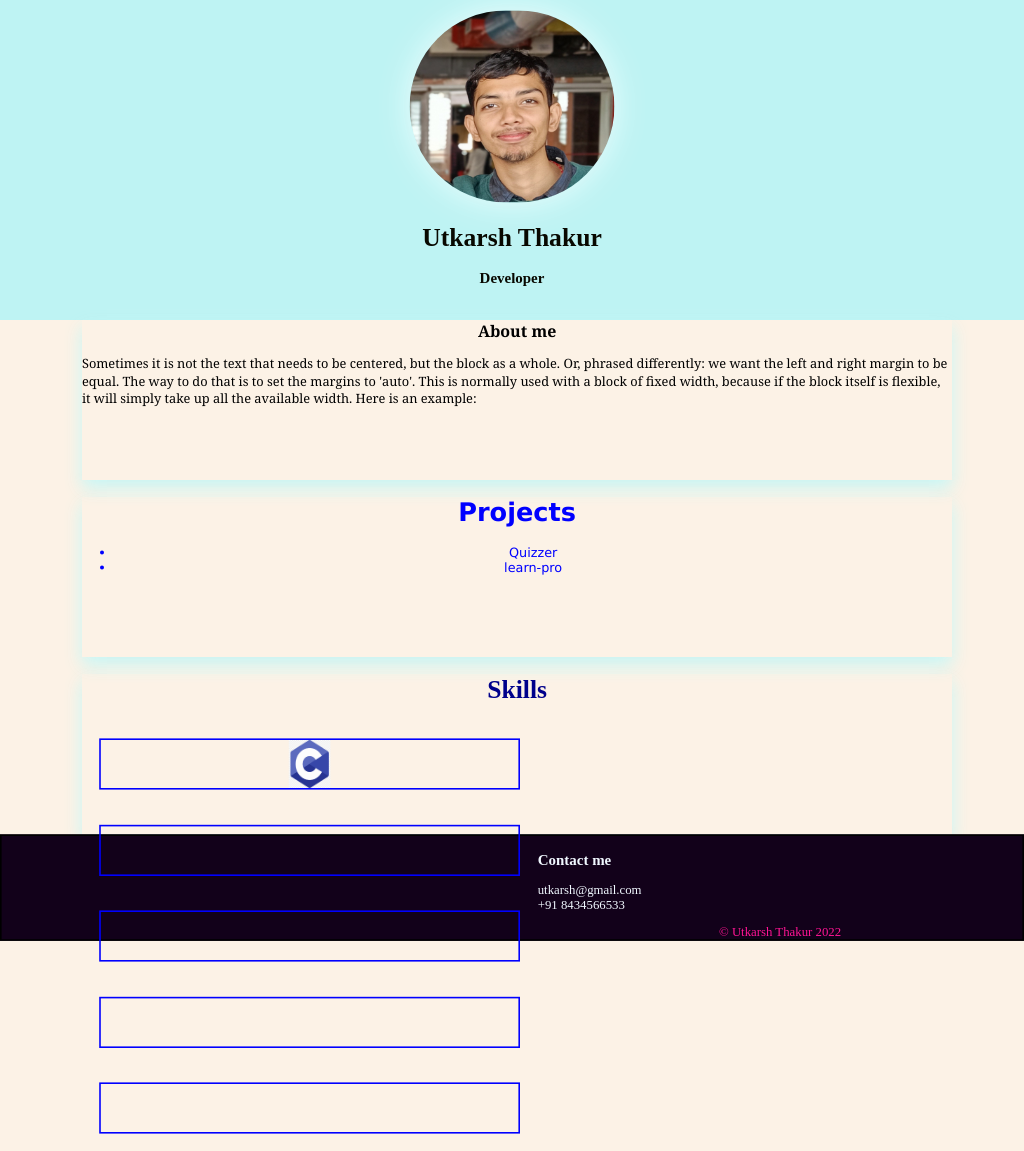
Repository: UtkarshThakur321/Utkarsh-Thakur-Profile
Page: index.html
The author's editor kept a copy of each file at every save. The page is drawn from the files as they stood at one save, then again after the next save.
The browser window is 1280 px wide. The pictures show the whole page, at 80% of full size.

Above is the page before, as saved 2022-01-23 00:05:07.
Not found: main.js

### index.html
<!DOCTYPE html>
<html>
<head>
    <meta charset='utf-8'>
    <meta http-equiv='X-UA-Compatible' content='IE=edge'>
    <title>Page Title</title>
    <meta name='viewport' content='width=device-width, initial-scale=1'>
    <link rel='stylesheet' type='text/css' media='screen' href="index.css">
    <script src='main.js'></script>
</head>
<body>
    <div id="main">
    <!-- <div id="nav">
        <h1>My Resume</h1>
    </div> -->
    <center>
        <div id="intro">
            <div id="profileImage">
                 <img src="./Utkarsh_dp.jpg" alt="DP_Utkarsh__Thakur"
                 width="180" height="170">
            </div>
            <div id="profileName">
                <h1>Utkarsh Thakur</h1>
                <h3>Developer</h3>
            </div>

            <div>


             </div>
        </div>
    </center>



  <div id="aboutMe">
    <div id="aboutMeHeading">
        About me
    </div>
    <div id="aboutMeContent">
        <p>
            Sometimes it is not the text that needs to be centered, but the block as a whole. Or, phrased differently: we want the left and right margin to be equal. The way to do that is to set the margins to 'auto'. This is normally used with a block of fixed width, because if the block itself is flexible, it will simply take up all the available width. Here is an example:
        </p>
    </div>
  </div>



<div id="projects">
    <h1>Projects</h1>
    <ul>
        <li>Quizzer</li>
        <li>learn-pro</li>
    </ul>
</div>



    <div id="skills">
        <h1>Skills</h1>
        <div class="skillsContent">
            <img src="c_programming.png" alt="c_programming">
        </div>
        <div class="skillsContent">

        </div>
        <div class="skillsContent">

        </div>
        <div class="skillsContent">

        </div>
        <div class="skillsContent">

        </div>

    </div>

    <div id="footer">
        <div id="footerContent">
            <h3>Contact me</h3>
        <p>
            utkarsh@gmail.com<br>
            +91 8434566533

        </p>
            <div id="copyright">
         &copy; Utkarsh Thakur 2022
            </div>
        </div>
        </div>

    </div>



</body>
</html>

### index.css
body{
    width:100%;
    margin:0px;
    background-color: rgb(252, 242, 230);

}


#intro{
    /* background-image:url("./bg.jpg"); */
    background-color: rgb(190, 243, 243);
    height: 400px;
}


#profileImage>img{
    margin-top: 1%;
    height:240px;
    width:20%;
    border-radius: 130px;
    box-shadow: 0px 0px 40px rgb(235, 253, 253);
}
#profileName{
    color:rgb(8, 8, 0);
    font-family: cursive;
}

#aboutMe{
    width:85%;
    height:200px;
    /* border:2px solid green; */
    margin-left:8%;
    box-shadow: 0px 10px 20px rgba(195, 247, 247, 0.911);
}


#aboutMeHeading{
    text-align:center;
    font-family: Georgia, 'Times New Roman', Times, serif;
    font-size:20px;
    font-weight: bold;
}
#aboutMeContent{

    font-family: Georgia, 'Times New Roman', Times, serif;
    font-size:16px;

}

#projects{
    width:85%;
        height:200px;
        /* border:2px solid green; */
        margin-left:8%;
        box-shadow: 0px 10px 20px rgba(195, 247, 247, 0.911);
    font-family: Verdana, Geneva, Tahoma, sans-serif;
    color:blue;
    text-align: center;

}



#skills{
        width:85%;
        height:200px;
        /* border:2px solid green; */
        margin-left:8%;
        box-shadow: 0px 10px 20px rgba(195, 247, 247, 0.911);

}

#skills{
    color:darkblue;
    font-weight: 400;
    text-align: center;

}
.skillsContent{
    height:60px;
    margin:2% 2% 2%;
    width:48%;
    float:left;


    border:2px solid blue;

}
.skillsContent>img{
    height:60px;
    width:10%;
}

hr{
    margin:0px;
}

#nav{
    height:50px;
    display:content;
    text-align: center;
    font-weight: 900;
    color:black;}
    /* text-align: center;
    font-family: Verdana, Geneva, Tahoma, sans-serif;
} */



.img{
    height:10px;
    width:10%;
}

#footer{
    background-color: rgb(18, 1, 26);
}
#footerContent{
    border:2px solid black;
    color:aliceblue;

}

/* #footer{
    text-align: center;
} */
#copyright{
    text-align: center;
    color:deeppink
}

After the next save:
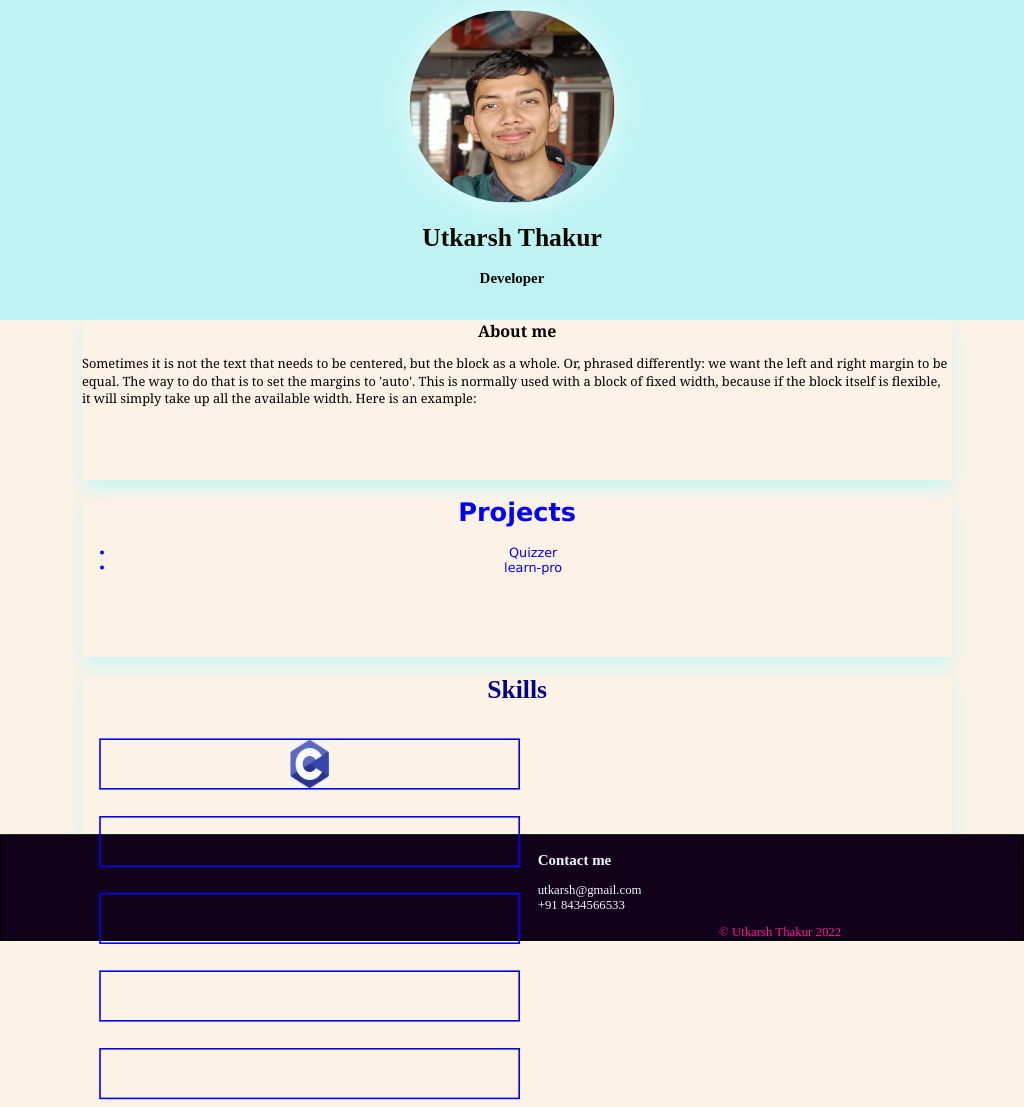
Saved 7 s later.
--- a/index.css
+++ b/index.css
@@ -78,7 +78,7 @@ body{
 }
 .skillsContent{
     height:60px;
-    margin:2% 2% 2%;
+    margin:2% 2% 1%;
     width:48%;
     float:left;
 
